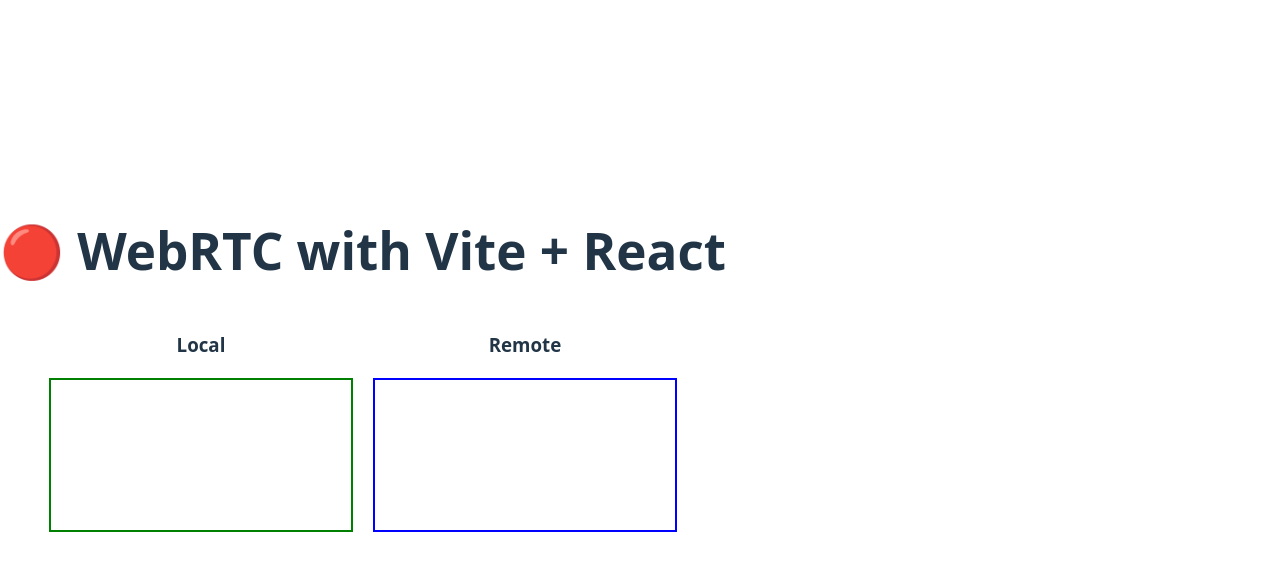
Repository: rahulhr71/WebRTC
Page: / (app in frontend/)
An editor plug-in stored every save of this project. The page is shown before and after the next save, followed by the edit.
The browser window is 1280 px wide. The pictures show the whole page.
The page's requests for data from a server got no answer. The project was rebuilt for these pictures with package versions that can differ from the ones it lists, and the page was loaded fresh each time. No one was signed in, and anything a server would have sent is missing. Also part of the build but not shown: frontend/vite.config.js.

Above is the page before, as saved 2025-07-18 18:03:08.

### frontend/src/App.jsx
import React, { useEffect, useRef, useState } from 'react';
import { io } from 'socket.io-client';

const socket = io('http://localhost:5000'); // Your signaling server URL
const roomId = 'test-room';

function App() {
  const localVideoRef = useRef(null);
  const remoteVideoRef = useRef(null);
  const peerConnection = useRef(null);
  const [streamReady, setStreamReady] = useState(false);

  useEffect(() => {
    async function startMedia() {
      const stream = await navigator.mediaDevices.getUserMedia({ video: true, audio: true });
      localVideoRef.current.srcObject = stream;
      setStreamReady(true);

      peerConnection.current = new RTCPeerConnection();

      stream.getTracks().forEach(track => {
        peerConnection.current.addTrack(track, stream);
      });

      peerConnection.current.ontrack = (event) => {
        remoteVideoRef.current.srcObject = event.streams[0];
      };

      peerConnection.current.onicecandidate = (event) => {
        if (event.candidate) {
          socket.emit('ice-candidate', { roomId, candidate: event.candidate });
        }
      };

      socket.emit('join', roomId);
    }

    startMedia();

    socket.on('user-joined', async () => {
      const offer = await peerConnection.current.createOffer();
      await peerConnection.current.setLocalDescription(offer);
      socket.emit('offer', { roomId, offer });
    });

    socket.on('offer', async ({ offer }) => {
      await peerConnection.current.setRemoteDescription(offer);
      const answer = await peerConnection.current.createAnswer();
      await peerConnection.current.setLocalDescription(answer);
      socket.emit('answer', { roomId, answer });
    });

    socket.on('answer', async ({ answer }) => {
      await peerConnection.current.setRemoteDescription(answer);
    });

    socket.on('ice-candidate', async ({ candidate }) => {
      await peerConnection.current.addIceCandidate(candidate);
    });

    return () => {
      socket.disconnect();
      peerConnection.current?.close();
    };
  }, []);

  return (
    <div style={{ textAlign: 'center', marginTop: '40px' }}>
      <h1>🔴 WebRTC with Vite + React</h1>
      <div style={{ display: 'flex', justifyContent: 'center', gap: '20px' }}>
        <div>
          <h3>Local</h3>
          <video ref={localVideoRef} autoPlay muted playsInline width="300" style={{ border: '2px solid green' }} />
        </div>
        <div>
          <h3>Remote</h3>
          <video ref={remoteVideoRef} autoPlay playsInline width="300" style={{ border: '2px solid blue' }} />
        </div>
      </div>
    </div>
  );
}

export default App;

Loaded but not shown: frontend/index.html (common file); frontend/src/main.jsx (common file); frontend/src/index.css (common file)

After the next save:
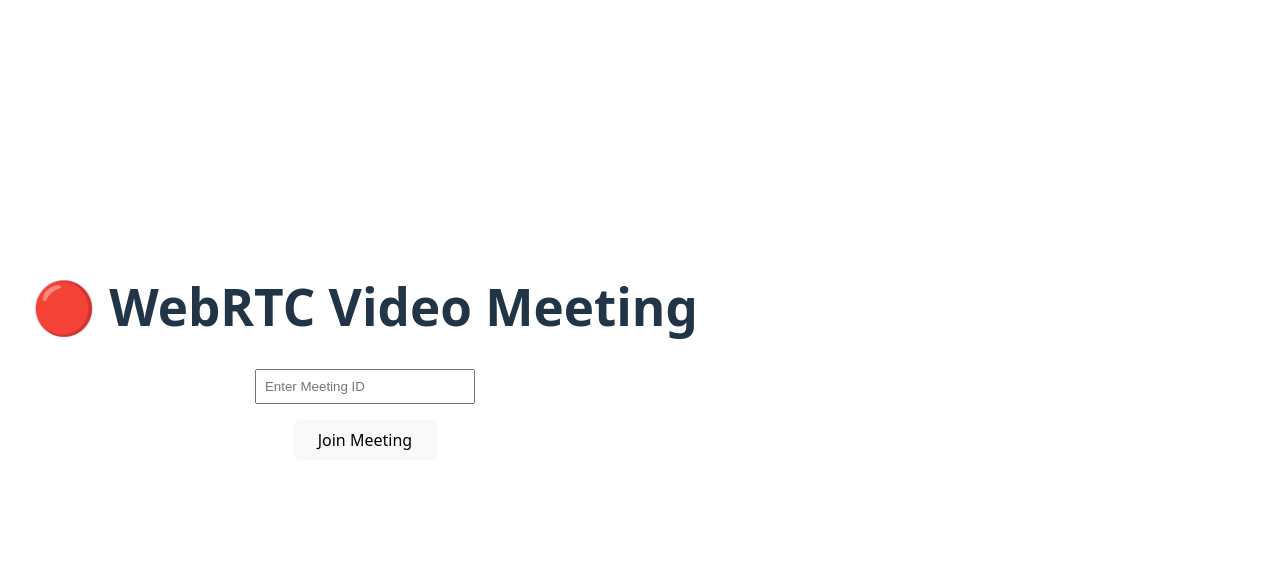
Saved 8 min 44 s later.
--- a/frontend/src/App.jsx
+++ b/frontend/src/App.jsx
@@ -1,42 +1,46 @@
 import React, { useEffect, useRef, useState } from 'react';
 import { io } from 'socket.io-client';
 
-const socket = io('http://localhost:5000'); // Your signaling server URL
-const roomId = 'test-room';
+const socket = io('http://localhost:5000');
 
 function App() {
   const localVideoRef = useRef(null);
   const remoteVideoRef = useRef(null);
   const peerConnection = useRef(null);
-  const [streamReady, setStreamReady] = useState(false);
+
+  const [roomId, setRoomId] = useState('');
+  const [joined, setJoined] = useState(false);
+
+  const handleJoinMeeting = async () => {
+    if (!roomId.trim()) {
+      alert('Please enter a meeting ID');
+      return;
+    }
+
+    const stream = await navigator.mediaDevices.getUserMedia({ video: true, audio: true });
+    localVideoRef.current.srcObject = stream;
+
+    peerConnection.current = new RTCPeerConnection();
+
+    stream.getTracks().forEach(track =>
+      peerConnection.current.addTrack(track, stream)
+    );
+
+    peerConnection.current.ontrack = (event) => {
+      remoteVideoRef.current.srcObject = event.streams[0];
+    };
+
+    peerConnection.current.onicecandidate = (event) => {
+      if (event.candidate) {
+        socket.emit('ice-candidate', { roomId, candidate: event.candidate });
+      }
+    };
+
+    socket.emit('join', roomId);
+    setJoined(true);
+  };
 
   useEffect(() => {
-    async function startMedia() {
-      const stream = await navigator.mediaDevices.getUserMedia({ video: true, audio: true });
-      localVideoRef.current.srcObject = stream;
-      setStreamReady(true);
-
-      peerConnection.current = new RTCPeerConnection();
-
-      stream.getTracks().forEach(track => {
-        peerConnection.current.addTrack(track, stream);
-      });
-
-      peerConnection.current.ontrack = (event) => {
-        remoteVideoRef.current.srcObject = event.streams[0];
-      };
-
-      peerConnection.current.onicecandidate = (event) => {
-        if (event.candidate) {
-          socket.emit('ice-candidate', { roomId, candidate: event.candidate });
-        }
-      };
-
-      socket.emit('join', roomId);
-    }
-
-    startMedia();
-
     socket.on('user-joined', async () => {
       const offer = await peerConnection.current.createOffer();
       await peerConnection.current.setLocalDescription(offer);
@@ -62,21 +66,51 @@
       socket.disconnect();
       peerConnection.current?.close();
     };
-  }, []);
+  }, [roomId]);
 
   return (
-    <div style={{ textAlign: 'center', marginTop: '40px' }}>
-      <h1>🔴 WebRTC with Vite + React</h1>
-      <div style={{ display: 'flex', justifyContent: 'center', gap: '20px' }}>
+    <div style={{ padding: '2rem', textAlign: 'center' }}>
+      <h1>🔴 WebRTC Video Meeting</h1>
+
+      {!joined && (
+        <div style={{ marginBottom: '1rem' }}>
+          <input
+            type="text"
+            placeholder="Enter Meeting ID"
+            value={roomId}
+            onChange={(e) => setRoomId(e.target.value)}
+            style={{ padding: '0.5rem', width: '200px' }}
+          />
+          <br />
+          <button
+            onClick={handleJoinMeeting}
+            style={{
+              marginTop: '1rem',
+              padding: '0.5rem 1.5rem',
+              fontSize: '16px',
+              cursor: 'pointer',
+            }}
+          >
+            Join Meeting
+          </button>
+        </div>
+      )}
+
+      {joined && (
         <div>
-          <h3>Local</h3>
-          <video ref={localVideoRef} autoPlay muted playsInline width="300" style={{ border: '2px solid green' }} />
+          <p><strong>Meeting ID:</strong> {roomId}</p>
+          <div style={{ display: 'flex', justifyContent: 'center', gap: '20px' }}>
+            <div>
+              <h3>Local Video</h3>
+              <video ref={localVideoRef} autoPlay muted playsInline width="300" style={{ border: '2px solid green' }} />
+            </div>
+            <div>
+              <h3>Remote Video</h3>
+              <video ref={remoteVideoRef} autoPlay playsInline width="300" style={{ border: '2px solid blue' }} />
+            </div>
+          </div>
         </div>
-        <div>
-          <h3>Remote</h3>
-          <video ref={remoteVideoRef} autoPlay playsInline width="300" style={{ border: '2px solid blue' }} />
-        </div>
-      </div>
+      )}
     </div>
   );
 }
